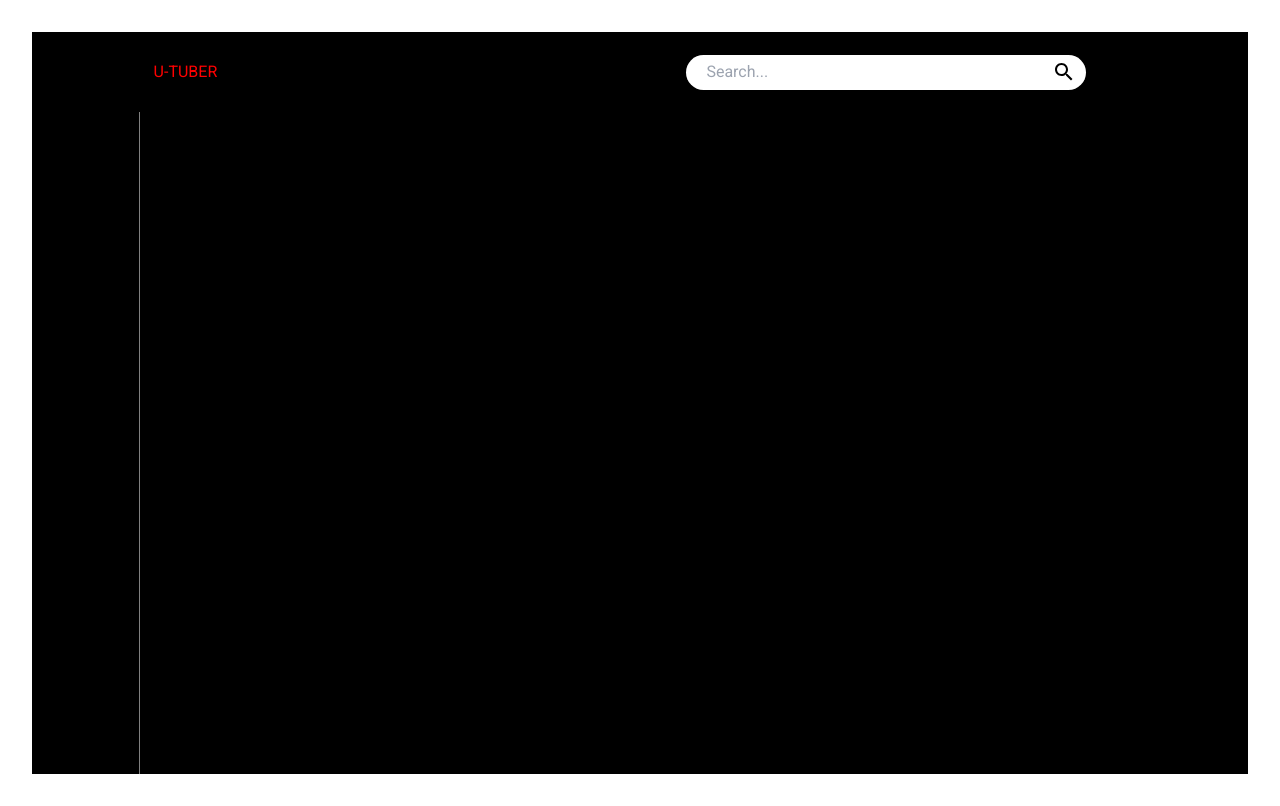
Repository: Nurlan-Bakenbaev/YoutubeClone
Page: /
These files come from the project's save history. The page is drawn as it stood at one moment and after a run of saves; the edit follows.
The browser window is 1280 px wide. The pictures show the whole page.
The project was rebuilt for these pictures with package versions that can differ from the ones it lists, and the page was loaded fresh each time. Also part of the build but not shown: vite.config.js, src/components/VideoDetails.jsx, src/components/SearchFeed.jsx, src/components/ChannelDetails.jsx.

Above is the page before, as saved 2023-09-06 09:35:06.

### index.html
<!DOCTYPE html>
<html lang="en">
  <head>
    <link
      rel="stylesheet"
      href="https://fonts.googleapis.com/icon?family=Material+Icons"
    />
    <link rel="preconnect" href="https://fonts.googleapis.com" />
    <link rel="preconnect" href="https://fonts.gstatic.com" crossorigin />
    <link
      rel="stylesheet"
      href="https://fonts.googleapis.com/css2?family=Roboto:wght@300;400;500;600;700&display=swap"
    />

    <meta charset="UTF-8" />
    <link rel="icon" type="image/svg+xml" href="/vite.svg" />
    <meta name="viewport" content="width=device-width, initial-scale=1.0" />
    <title>Youtube Clone</title>
  </head>
  <body>
    <div id="root"></div>
    <script type="module" src="/src/main.jsx"></script>
  </body>
</html>

### src/App.jsx
import "./App.css";
import { BrowserRouter, Routes, Route } from "react-router-dom";
import { Box } from "@mui/material";
import Navbar from './components/Navbar'
import Feed from './components/Feed'
import VideoDetails from './components/VideoDetails'
import SearchFeed from './components/SearchFeed'
import ChannelDetails from './components/ChannelDetails'


const App = () => (
  <BrowserRouter>
    <Box sx={{ backgroundColor: "#000" }}>
      <Navbar/>
      <Routes>
        <Route path="/" element={<Feed />} />
        <Route path="/video:id" element={<VideoDetails />} />
        <Route path="/channel:id" element={<ChannelDetails />} />
        <Route path="/search/:searchTerm" element={<SearchFeed />} />
      </Routes>
    </Box>
  </BrowserRouter>
);

export default App;

### src/index.css
@import "tailwindcss/base";
@import "tailwindcss/components";
@import "tailwindcss/utilities";


body {
  font-family: "Roboto", sans-serif;
  margin: 0;
  padding: 0;
  box-sizing: border-box;
}
a{
  color:inherit;
  text-decoration: none;
}

### src/components/Navbar.jsx
import { Stack } from "@mui/material";
import { Link } from "react-router-dom";
import SearchBar from "./SearchBar";

const Navbar = () => {
  return (
    <Stack
      direction="row"
      alignItems="center"
      sx={{
        position: "sticky",
        background: "black",
        top: "0",
        justifyContent: "space-between",
        height: "80px",
        margin:'0 auto',
        width:'80%'
      }}
    >
      <Stack
        sx={{
          display: "flex",
          flexDirection: "row",
          alignItems: "center",
          color: "red",
        }}
      >
        <Link className="uppercase" to={"/"}>
          U-tuber
        </Link>
      </Stack>
      <SearchBar />
    </Stack>
  );
};

export default Navbar;

### src/components/Feed.jsx
import React, { useState, useEffect } from "react";
import { Box, Stack, Typography } from "@mui/material";

const Feed = () => {
  return (
    <Stack sx={{ flexDirection: { sx: "column", md: "row" } }}>
      <Box
        sx={{
          height: { sx: "auto", md: "92vh" },
          borderRight: "1px solid gray", px:{sx:0,md:2}
        }}>
          SideBar
          Ty
        </Box>
    </Stack>
  );
};

export default Feed;

### src/components/SearchBar.jsx
import React from "react";
import { useState } from "react";
import { useNavigate } from "react-router-dom";
import { Paper, IconButton } from "@mui/material";
import SearchIcon from "@mui/icons-material/Search";
const SearchBar = () => {
  return (
    <Paper
      component="form"
      onSubmit={() => {}}
      sx={{
        borderRadius: "20px",
        pl: 2,
        boxShadow: "none",
        display: "flex",
        alignItems: "center",
        width: "400px",
        height: "35px",
        mr: { sm: 5 },
      }}
    >
      <input
        className="flex-1 p-1 outline-none"
        placeholder="Search..."
        type="text"
        onChange={() => {}}/>
      <IconButton type="submit" sx={{ p: "10px", color: "black" }}>
        <SearchIcon />
      </IconButton>
    </Paper>
  );
};

export default SearchBar;

Loaded but not shown: src/main.jsx (common file); src/App.css (common file); tailwind.config.js (common file)

After the next 2 saves:
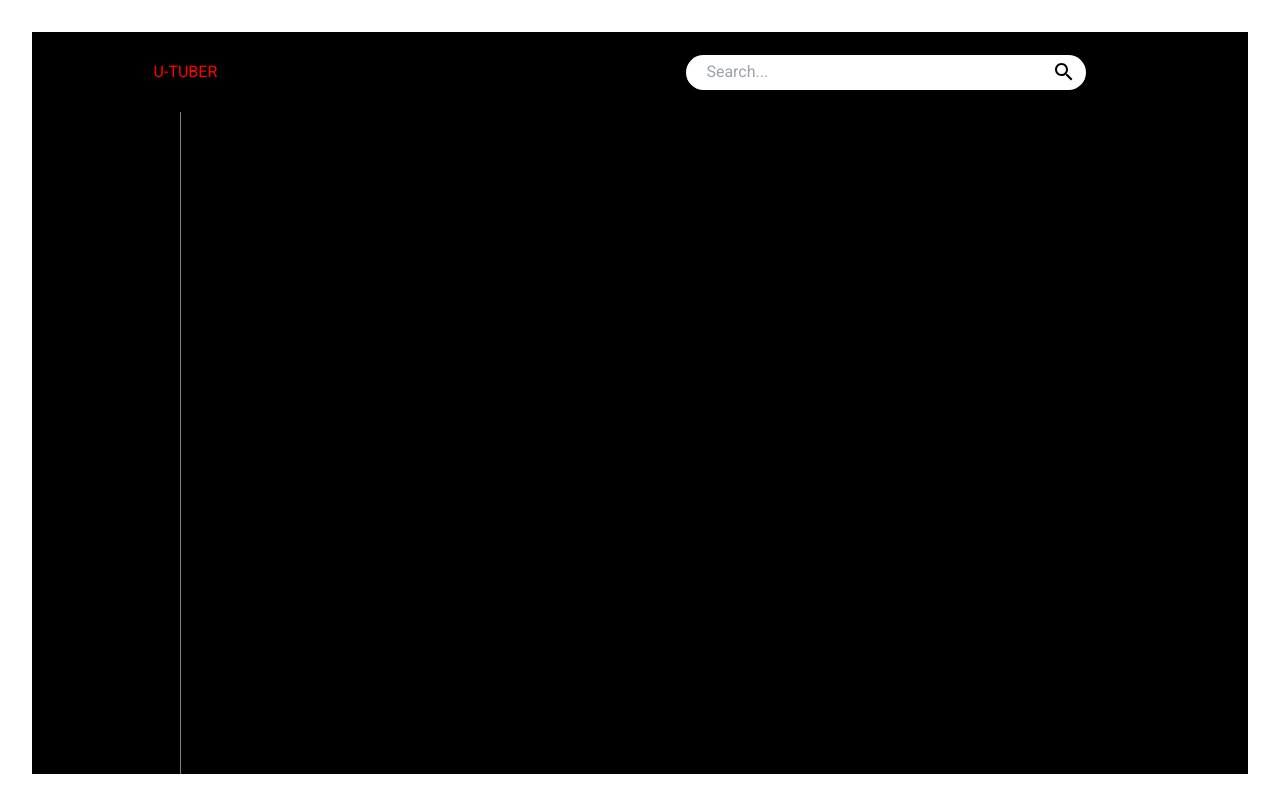
The 2 saves are shown as one change because they came seconds apart.
The last was saved 7 s later.
--- a/src/components/Feed.jsx
+++ b/src/components/Feed.jsx
@@ -10,7 +10,7 @@ const Feed = () => {
           borderRight: "1px solid gray", px:{sx:0,md:2}
         }}>
           SideBar
-          Ty
+          Typogra
         </Box>
     </Stack>
   );
